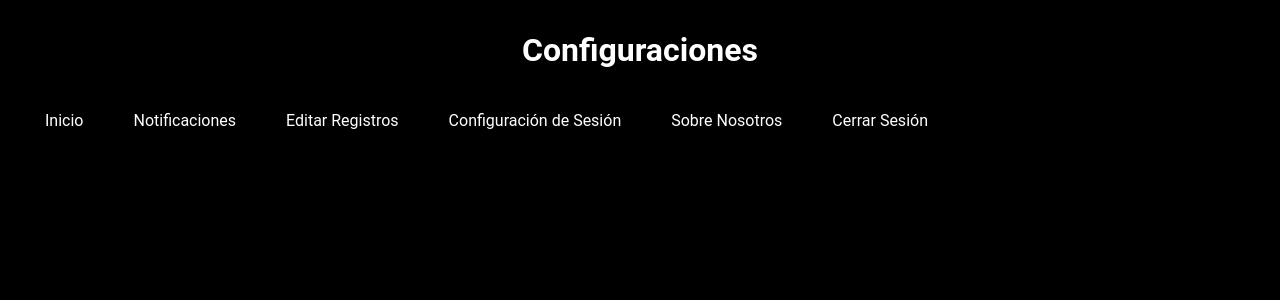
Repository: EddyWebz/updat
Page: privado/config.html
These files come from the project's save history. The page is drawn as it stood at one moment and after the next save; the edit follows.
The browser window is 1280 px wide. The pictures show the whole page.

Above is the page before, as saved 2024-09-15 13:51:01.

After the next save:
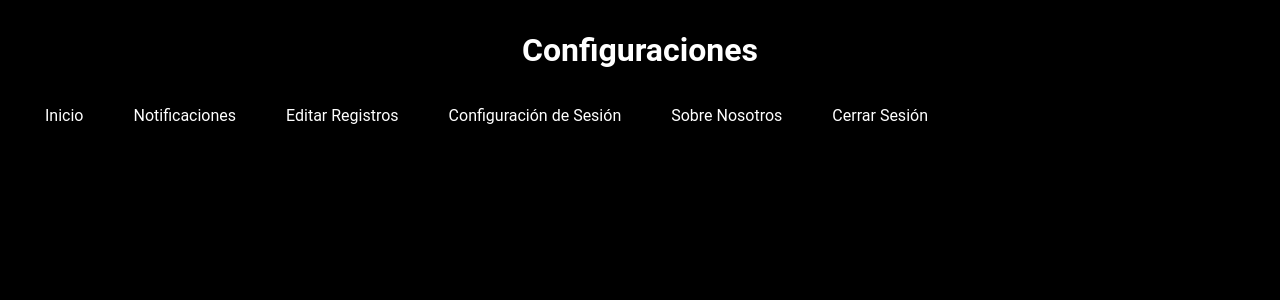
Saved 2 min 52 s later.
--- a/BASE-2/config.css
+++ b/BASE-2/config.css
@@ -139,7 +139,7 @@ header {
         border: none;
         display: inline-block;
         background-color: transparent;
-        margin-top: -40px; /* Sube los botones 5px */
+        margin-top: -45px; /* Sube los botones 5px */
     }
 
     .dropdown-content a:hover {
